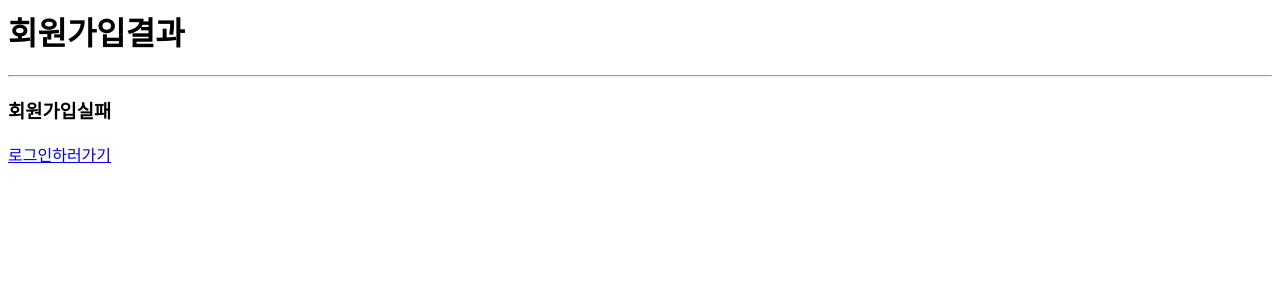
Repository: JWbase/Web_JAVA
Page: http://localhost/03_dbProject/join.do
These files come from the project's save history. The page is drawn as it stood at one moment and after the next save; the edit follows.
The browser window is 1280 px wide. The pictures show the whole page.
The page is served by Tomcat 9. Queries for data that is not in the repository find no rows.

Above is the page before, as saved 2022-08-30 02:06:38.

### web-workspace/03_dbProject/src/main/java/ko/or/iei/member/controller/JoinServlet.java
package ko.or.iei.member.controller;

import java.io.IOException;
import java.io.PrintWriter;

import javax.servlet.ServletException;
import javax.servlet.annotation.WebServlet;
import javax.servlet.http.HttpServlet;
import javax.servlet.http.HttpServletRequest;
import javax.servlet.http.HttpServletResponse;

import ko.or.iei.member.service.MemberService;
import ko.or.iei.member.vo.Member;

/**
 * Servlet implementation class JoinServlet
 */
@WebServlet(name = "Join", urlPatterns = { "/join.do" })
public class JoinServlet extends HttpServlet {
	private static final long serialVersionUID = 1L;

	/**
	 * @see HttpServlet#HttpServlet()
	 */
	public JoinServlet() {
		super();
		// TODO Auto-generated constructor stub
	}

	/**
	 * @see HttpServlet#doGet(HttpServletRequest request, HttpServletResponse
	 *      response)
	 */
	protected void doGet(HttpServletRequest request, HttpServletResponse response)
			throws ServletException, IOException {
		// 1. 인코딩
		request.setCharacterEncoding("utf-8");
		// 2. 값추출
		String memberId = request.getParameter("memberId");
		String memberPw = request.getParameter("memberPw");
		String memberName = request.getParameter("memberName");
		String memberPhone = request.getParameter("memberPhone");
		String memberAddr = request.getParameter("memberAddr");
		Member m = new Member();
		m.setMemberId(memberId);
		m.setMemberPw(memberPw);
		m.setMemberName(memberName);
		m.setMemberPhone(memberPhone);
		m.setMemberAddr(memberAddr);
		// 3. 비즈니스로직
		MemberService service = new MemberService();
		int result = service.insertMember(m);
		// 4. 결과처리
		response.setContentType("text/html;charset=utf-8");
		PrintWriter out = response.getWriter();
		out.print("<DOCTYPE html>");
		out.print("<html><head><title>회원가입결과</title></head>");
		out.print("<body>");
		out.print("<h1>회원가입결과</h1>");
		out.print("<hr>");
		if (result > 0) {
			out.println("<h3>회원가입성공</h3>");
			out.println("<a href='/html/loginFrm.html'>로그인하러가기</a>");
		} else {
			out.println("<h3>회원가입실패</h3>");
			out.println("<a href='/'>로그인하러가기</a>");
		}
		out.print("</body></html>");
	}

	/**
	 * @see HttpServlet#doPost(HttpServletRequest request, HttpServletResponse
	 *      response)
	 */
	protected void doPost(HttpServletRequest request, HttpServletResponse response)
			throws ServletException, IOException {
		// TODO Auto-generated method stub
		doGet(request, response);
	}

}

### web-workspace/03_dbProject/src/main/java/ko/or/iei/member/vo/Member.java
package ko.or.iei.member.vo;

import java.sql.Connection;
import java.sql.PreparedStatement;
import java.sql.SQLException;

import common.JDBCTemplate;

public class Member {
	private int memberNo;
	private String memberId;
	private String memberPw;
	private String memberName;
	private String memberPhone;
	private String memberAddr;
	private int memberLevel;
	private String enrollDate;

	public Member() {
		super();
		// TODO Auto-generated constructor stub
	}

	public Member(int memberNo, String memberId, String memberPw, String memberName, String memberPhone,
			String memberAddr, int memberLevel, String enrollDate) {
		super();
		this.memberNo = memberNo;
		this.memberId = memberId;
		this.memberPw = memberPw;
		this.memberName = memberName;
		this.memberPhone = memberPhone;
		this.memberAddr = memberAddr;
		this.memberLevel = memberLevel;
		this.enrollDate = enrollDate;
	}

	public int getMemberNo() {
		return memberNo;
	}

	public void setMemberNo(int memberNo) {
		this.memberNo = memberNo;
	}

	public String getMemberId() {
		return memberId;
	}

	public void setMemberId(String memberId) {
		this.memberId = memberId;
	}

	public String getMemberPw() {
		return memberPw;
	}

	public void setMemberPw(String memberPw) {
		this.memberPw = memberPw;
	}

	public String getMemberName() {
		return memberName;
	}

	public void setMemberName(String memberName) {
		this.memberName = memberName;
	}

	public String getMemberPhone() {
		return memberPhone;
	}

	public void setMemberPhone(String memberPhone) {
		this.memberPhone = memberPhone;
	}

	public String getMemberAddr() {
		return memberAddr;
	}

	public void setMemberAddr(String memberAddr) {
		this.memberAddr = memberAddr;
	}

	public int getMemberLevel() {
		return memberLevel;
	}

	public void setMemberLevel(int memberLevel) {
		this.memberLevel = memberLevel;
	}

	public String getEnrollDate() {
		return enrollDate;
	}

	public void setEnrollDate(String enrollDate) {
		this.enrollDate = enrollDate;
	}

}

### web-workspace/03_dbProject/src/main/java/ko/or/iei/member/service/MemberService.java
package ko.or.iei.member.service;

import java.sql.Connection;

import common.JDBCTemplate;
import ko.or.iei.member.dao.MemberDao;
import ko.or.iei.member.vo.Member;

public class MemberService {
	private MemberDao dao;

	public MemberService() {
		super();
		dao = new MemberDao();
	}

	public int insertMember(Member m) {
		Connection conn = JDBCTemplate.getConnection();
		int result = dao.insertMember(conn, m);
		if (result > 0) {
			JDBCTemplate.commit(conn);
		} else {
			JDBCTemplate.rollback(conn);
		}
		JDBCTemplate.rollback(conn);
		return result;
	}

}

### web-workspace/03_dbProject/src/main/java/ko/or/iei/member/dao/MemberDao.java
package ko.or.iei.member.dao;

import java.sql.Connection;
import java.sql.PreparedStatement;
import java.sql.SQLException;

import common.JDBCTemplate;
import ko.or.iei.member.vo.Member;

public class MemberDao {

	public int insertMember(Connection conn, Member m) {
		PreparedStatement pstmt = null;
		int result = 0;
		String query = "insert into member_tbl values(" + "member_seq.nextval," + "?,?,?,?,?,3,"
				+ "to_char(sysdate,'yyyy-mm-dd'))";
		try {
			pstmt = conn.prepareStatement(query);
			pstmt.setString(1, m.getMemberId());
			pstmt.setString(2, m.getMemberPw());
			pstmt.setString(3, m.getMemberName());
			pstmt.setString(4, m.getMemberPhone());
			pstmt.setString(5, m.getMemberAddr());
			result = pstmt.executeUpdate();
		} catch (SQLException e) {
			// TODO Auto-generated catch block
			e.printStackTrace();
		} finally {
			JDBCTemplate.close(pstmt);
		}
		return result;
	}

}

### web-workspace/03_dbProject/src/main/java/common/JDBCTemplate.java
package common;

import java.sql.Connection;
import java.sql.DriverManager;
import java.sql.ResultSet;
import java.sql.SQLException;
import java.sql.Statement;

public class JDBCTemplate {

	// Connection 객체를 생성해서 리턴하는 메소드
	public static Connection getConnection() {
		Connection conn = null;
		try {
			Class.forName("oracle.jdbc.driver.OracleDriver");
			conn = DriverManager.getConnection("jdbc:oracle:thin:@127.0.0.1:1521:xe", "webserver", "1234");
			conn.setAutoCommit(false); // 자동으로 commit하는 기능 비활성화
		} catch (ClassNotFoundException e) {
			// TODO Auto-generated catch block
			e.printStackTrace();
		} catch (SQLException e) {
			// TODO Auto-generated catch block
			e.printStackTrace();
		}
		return conn;
	}

	public static void commit(Connection conn) {
		try {
			if (conn != null && !conn.isClosed()) {
				conn.commit();
			}
		} catch (SQLException e) {
			// TODO Auto-generated catch block
			e.printStackTrace();
		}
	} // commit 메소드 종료

	public static void rollback(Connection conn) {
		try {
			if (conn != null && !conn.isClosed()) {
				conn.rollback();
			}
		} catch (SQLException e) {
			// TODO Auto-generated catch block
			e.printStackTrace();
		}
	} // rollback 메소드 종료

	public static void close(Connection conn) {
		try {
			if (conn != null && !conn.isClosed()) {
				conn.close();
			}
		} catch (SQLException e) {
			// TODO Auto-generated catch block
			e.printStackTrace();
		}
	}

	public static void close(Statement pstmt) {
		try {
			if (pstmt != null && !pstmt.isClosed()) {
				pstmt.close();
			}
		} catch (SQLException e) {
			// TODO Auto-generated catch block
			e.printStackTrace();
		}
	}

	public static void close(ResultSet rset) {
		try {
			if (rset != null && !rset.isClosed()) {
				rset.close();
			}
		} catch (SQLException e) {
			// TODO Auto-generated catch block
			e.printStackTrace();
		}
	}
}

After the next save:
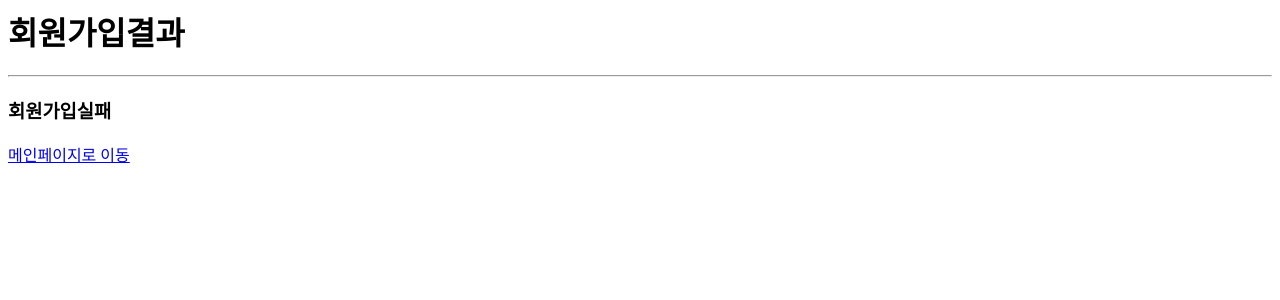
Saved 4 s later.
--- a/web-workspace/03_dbProject/src/main/java/ko/or/iei/member/controller/JoinServlet.java
+++ b/web-workspace/03_dbProject/src/main/java/ko/or/iei/member/controller/JoinServlet.java
@@ -63,7 +63,7 @@ public class JoinServlet extends HttpServlet {
 			out.println("<a href='/html/loginFrm.html'>로그인하러가기</a>");
 		} else {
 			out.println("<h3>회원가입실패</h3>");
-			out.println("<a href='/'>로그인하러가기</a>");
+			out.println("<a href='/'>메인페이지로 이동</a>");
 		}
 		out.print("</body></html>");
 	}
